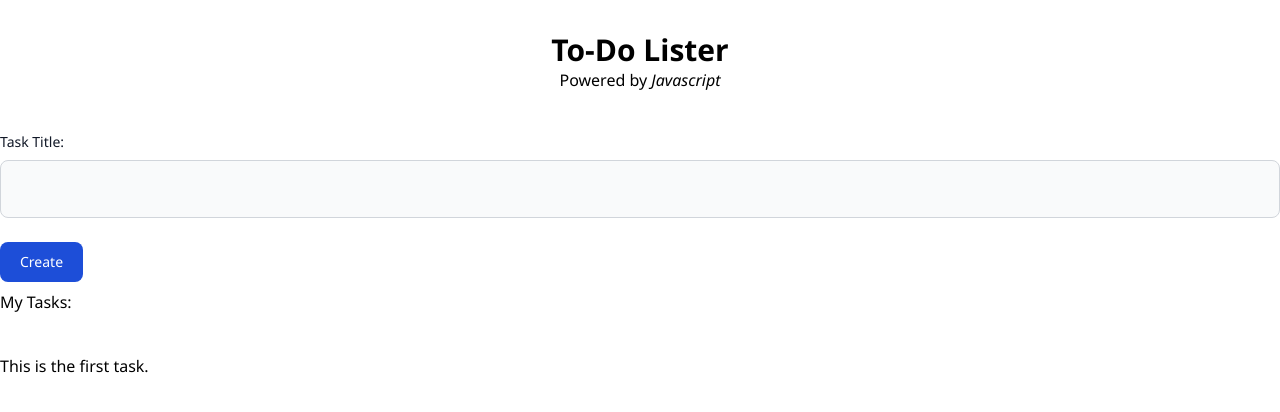
Repository: vxyux/to-do-lister
Page: index.html
These files come from the project's save history. The page is drawn as it stood at one moment and after a run of saves; the edit follows.
The browser window is 1280 px wide. The pictures show the whole page.
Some web libraries are served in a nearby version.

Above is the page before, as saved 2023-09-04 15:33:28.

### index.html
<!DOCTYPE html>
<html lang="en">
<head>
  <meta charset="UTF-8">
  <meta name="viewport" content="width=device-width, initial-scale=1.0">
  <title>Javascript To-Do Lister</title>
  <link rel="stylesheet" href="stylesheet.css">
  <script src="app.js"></script>
  <script src="https://cdn.tailwindcss.com"></script>
</head>
<body>

  <div class="container mx-auto">
    <div class="text-center mt-8">
      <h1 class="text-3xl font-bold">
        To-Do Lister
      </h1>
      <p>Powered by <i>Javascript</i></p>
    </div>

    <div class="inputFields mt-10">

      <div class="mb-6">
        <label for="userInput" class="block mb-2 text-sm font-medium text-gray-900 dark:text-white">
          Task Title:
        </label>
        <input type="text" id="userInput" class="block w-full p-4 text-gray-900 border border-gray-300 rounded-lg bg-gray-50 sm:text-md focus:ring-blue-500 focus:border-blue-500 dark:bg-gray-700 dark:border-gray-600 dark:placeholder-gray-400 dark:text-white dark:focus:ring-blue-500 dark:focus:border-blue-500">
      </div>
      <span onclick="newTask()">
        <button type="submit" class="text-white bg-blue-700 hover:bg-blue-800 focus:ring-4 focus:ring-blue-300 font-medium rounded-lg text-sm px-5 py-2.5 mr-2 mb-2 dark:bg-blue-600 dark:hover:bg-blue-700 focus:outline-none dark:focus:ring-blue-800">
          Create
        </button>
      </span>

    </div>

    <h3>My Tasks:</h3>
    <ul class="mt-10" id="to-dos">
      <li class="task_item">
        This is the first task.
      </li>
    </ul>

  </div>
</body>
</html>

### stylesheet.css
*
{
  font-family: 'Segoe UI', Tahoma, Geneva, Verdana, sans-serif;
}

.container {
  max-width: 500px;
}

### app.js
function newTask() {
  // get the data provided by the user from the input field
  var userInput = document.getElementById('userInput');

  // if provided input is empty
  if (userInput === '') {
    alert('You must type something in before submitting!');
  } else {
    // define tag that creates a new element under the tag 'li'
    var tag = document.createElement('li');

    // assign the userInput var with content
    var content = document.createTextNode(userInput.value);
    tag.appendChild(content); // make tag the content's parent

    // define the element tag with the to-dos list ul
    var element = document.getElementById('to-dos');

    // make element the tag's parent
    element.appendChild(tag);

    //document.getElementById('form').reset();
  }

  //console.log('The button has been clicked!');
  //alert(userInput);
}

After the next 4 saves:
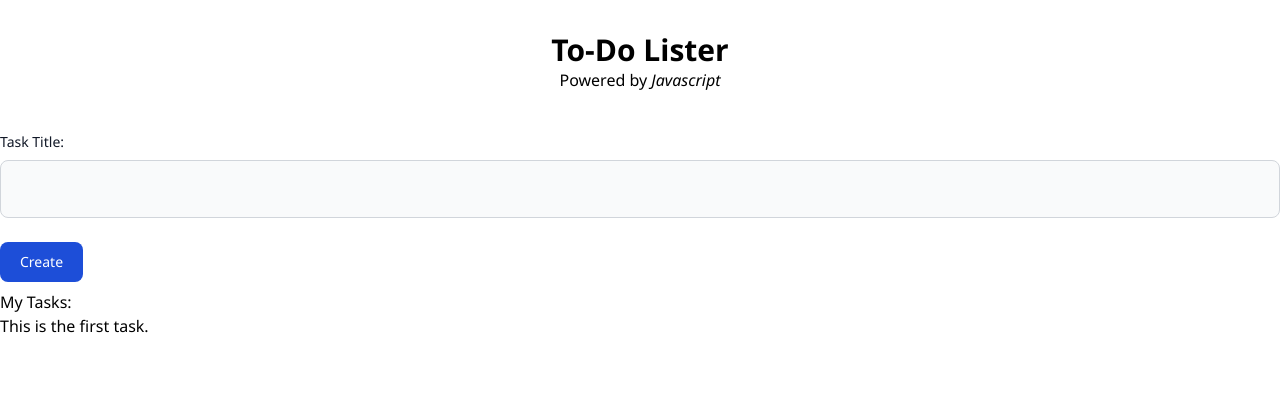
The 4 saves are shown as one change because they came seconds apart.
The last was saved 13 s later.
--- a/index.html
+++ b/index.html
@@ -34,8 +34,9 @@
 
     </div>
 
+    <div class="class="mt-10" "></div>
     <h3>My Tasks:</h3>
-    <ul class="mt-10" id="to-dos">
+    <ul id="to-dos">
       <li class="task_item">
         This is the first task.
       </li>
